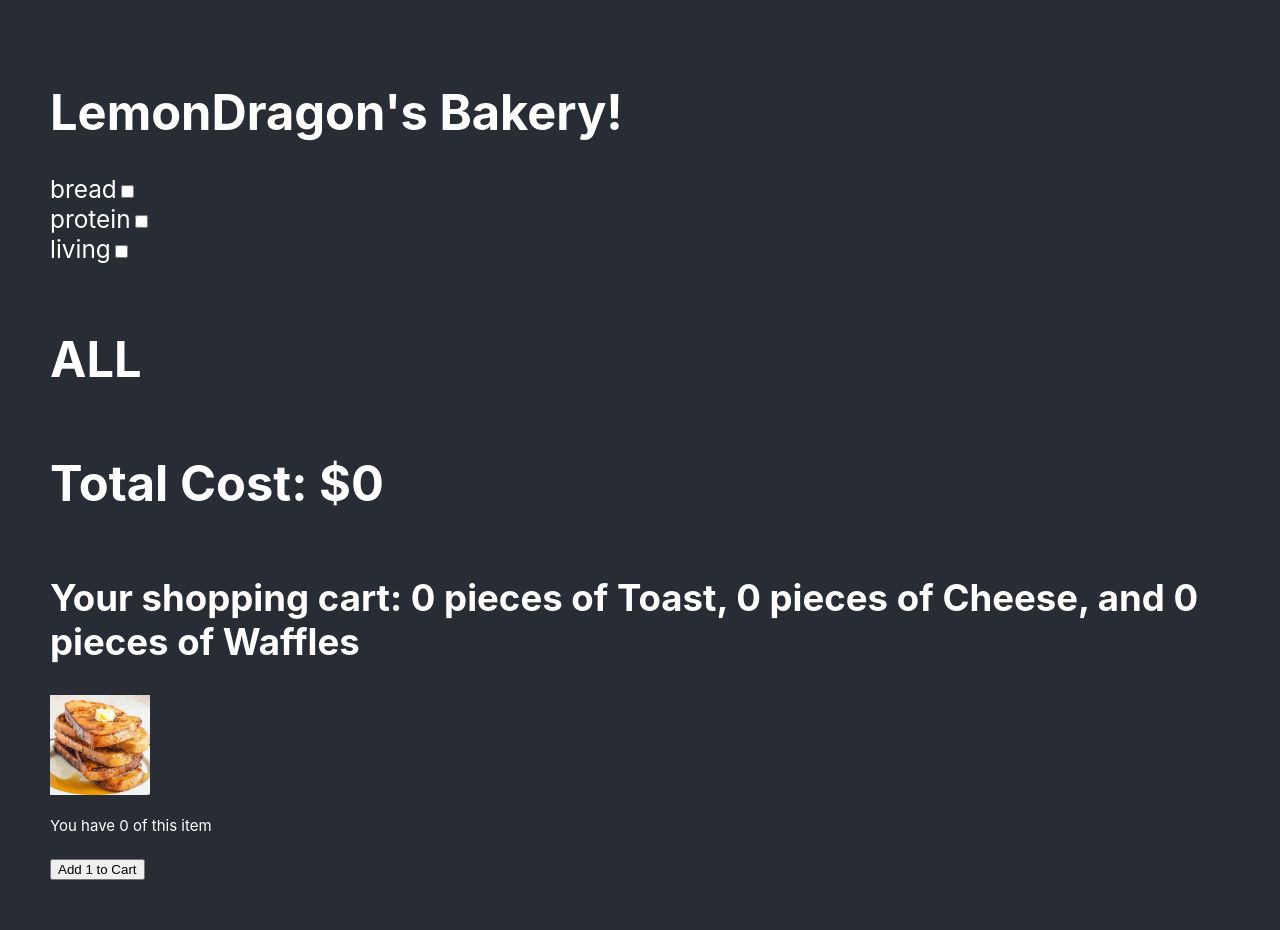
Repository: happydragon200/development
Page: /
An editor plug-in stored every save of this project. The page is shown before and after a run of saves, followed by the edit.
The browser window is 1280 px wide. The pictures show the whole page.
The project was rebuilt for these pictures with package versions that can differ from the ones it lists, and the page was loaded fresh each time.

Above is the page before, as saved 2022-12-02 01:48:18.

After the next 2 saves:
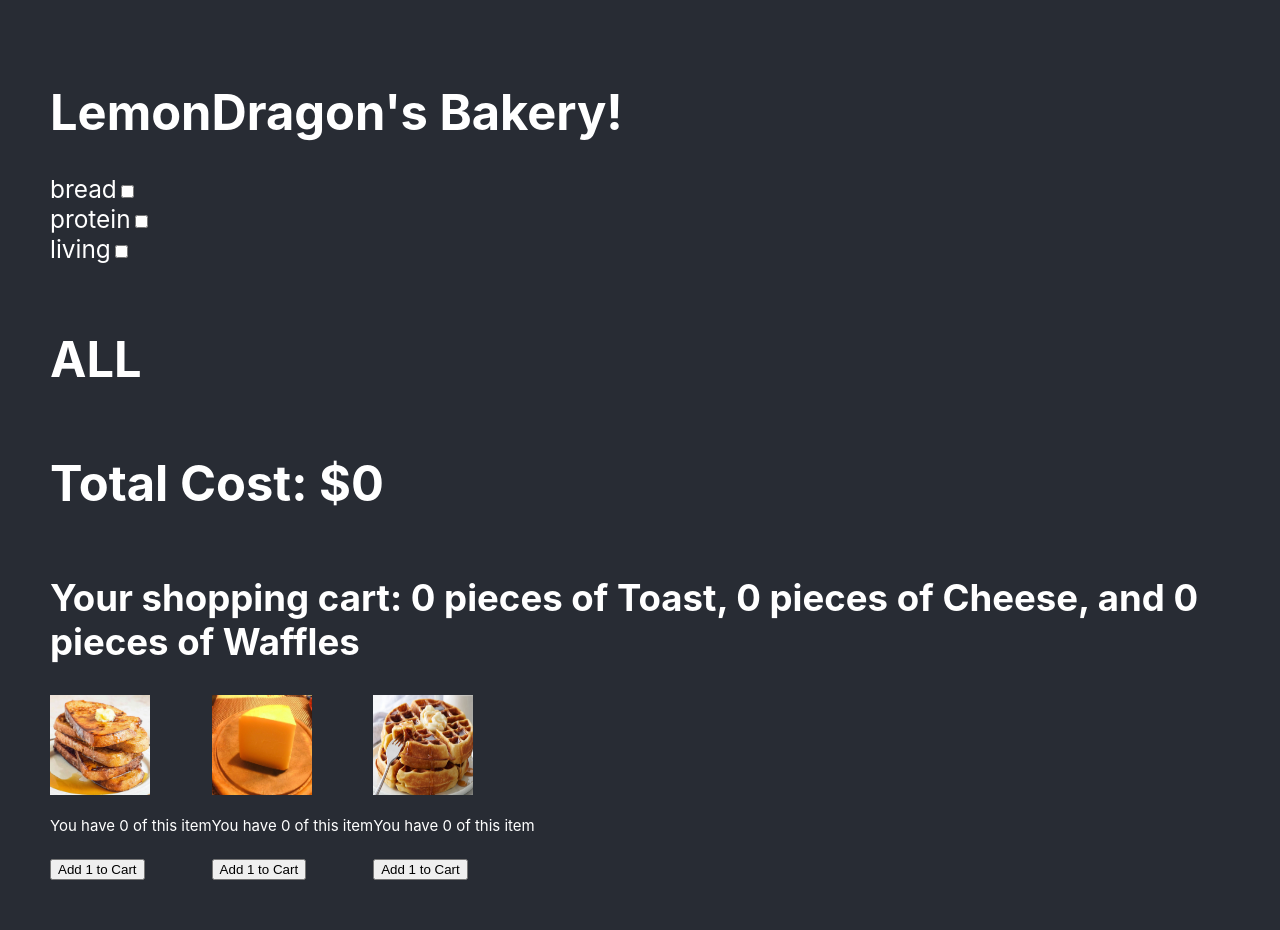
The 2 saves are shown as one change because they came seconds apart.
The last was saved 33 s later.
--- a/src/App.js
+++ b/src/App.js
@@ -124,6 +124,8 @@ function Menu() {
   const cheese_comp = BakeryItem(cheese, cheese_count, cheese_setcount)
   const waffle_comp = BakeryItem(waffle, waffle_count, waffle_setcount)
 
+  const final_list = [toast_comp, cheese_comp, waffle_comp]
+
   return (
     <>
       <FilterBar selected={selected} changeSelected={changeSelected} />
@@ -140,7 +142,7 @@ function Menu() {
       </h2>
 
       <div className="flex-parent">
-        {toast_comp}
+        {final_list}
         {/* <BakeryItem
           className="inline"
           img={cheese}
